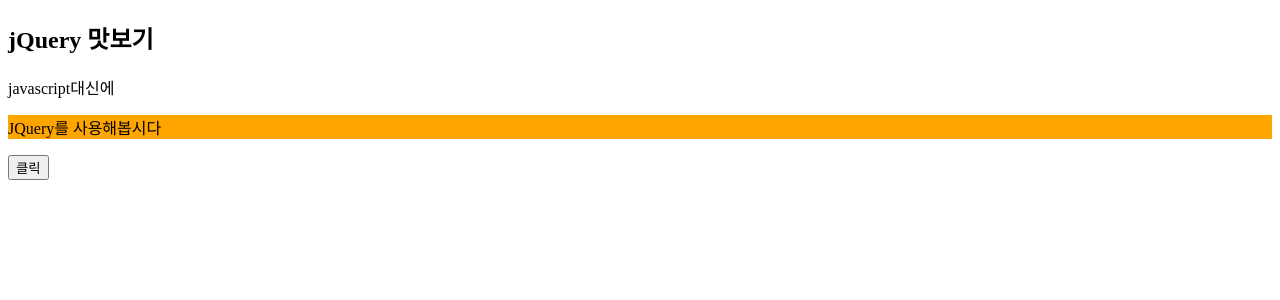
Repository: pvntlc/D-IT-Tech-Internship
Page: Servlet_JSP/Day5/src/main/webapp/jQuery/2-1.jquery적용.html
The author's editor kept a copy of each file at every save. The page is drawn from the files as they stood at one save, then again after the next save.
The browser window is 1280 px wide. The pictures show the whole page.
After loading, the first visible `h2` was clicked once.

Above is the page before, as saved 2023-09-15 05:26:34.

After the next save:
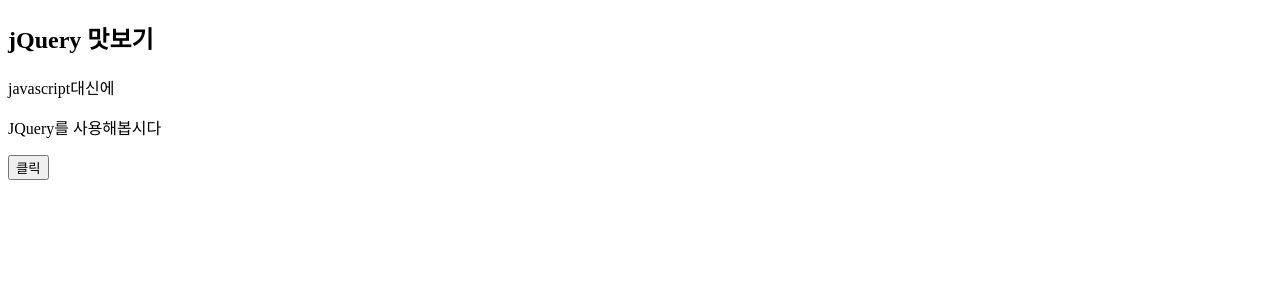
Saved 26 s later.
--- a/Servlet_JSP/Day5/src/main/webapp/jQuery/2-1.jquery적용.html
+++ b/Servlet_JSP/Day5/src/main/webapp/jQuery/2-1.jquery적용.html
@@ -6,8 +6,11 @@
     <script src="https://ajax.googleapis.com/ajax/libs/jquery/3.5.1/jquery.min.js"></script>
     <script type="text/javascript">
       $(document).ready(function () {
-        $("button,h2").click(function () {
+        $("button").click(function () {
           $("#p1").css("background", "orange");
+        });
+        $("h2").click(function () {
+          $("#p1").css("background", "white");
         });
       });
     </script>
